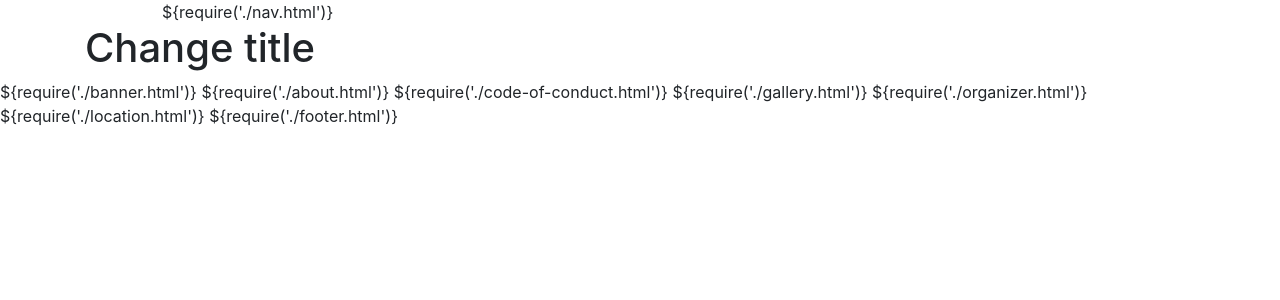
Repository: pyladiesbkk/pyladies-web
Page: src/index.html
An editor plug-in stored every save of this project. The page is shown before and after the next save, followed by the edit.
The browser window is 1280 px wide. The pictures show the whole page.
Some web libraries are served in a nearby version.

Above is the page before, as saved 2019-10-20 14:23:56.

### src/index.html
<!DOCTYPE html>
<html lang="en">
<head>
  <meta charset="UTF-8">
  <meta name="viewport" content="width=device-width, initial-scale=1.0">
  <meta http-equiv="X-UA-Compatible" content="ie=edge">
  <!-- <meta name="msapplication-config" content="/favicon.ico/browserconfig.xml"> -->
  <!-- <link rel="icon" href="/favicon.ico/favicon.ico"> -->
  <link rel="icon" type="image/png" href="/favicon.ico/favicon-16x16.png" sizes="16x16">
  <link rel="icon" type="image/png" href="/favicon.ico/favicon-32x32.png" sizes="32x32">
  <link rel="icon" type="image/png" href="/favicon.ico/favicon-96x96.png" sizes="96x96">
  <link rel="shortcut icon" type="image/png" rel="apple-touch-icon" sizes="57x57" href="/favicon.ico/apple-icon-57x57.png">
  <link rel="shortcut icon" type="image/png" rel="apple-touch-icon" sizes="60x60" href="/favicon.ico/apple-icon-60x60.png">
  <link rel="shortcut icon" type="image/png" rel="apple-touch-icon" sizes="72x72" href="/favicon.ico/apple-icon-72x72.png">
  <link rel="shortcut icon" type="image/png" rel="apple-touch-icon" sizes="76x76" href="/favicon.ico/apple-icon-76x76.png">
  <link rel="shortcut icon" type="image/png" rel="apple-touch-icon" sizes="114x114" href="/favicon.ico/apple-icon-114x114.png">
  <link rel="shortcut icon" type="image/png" rel="apple-touch-icon" sizes="120x120" href="/favicon.ico/apple-icon-120x120.png">
  <link rel="shortcut icon" type="image/png" rel="apple-touch-icon" sizes="144x144" href="/favicon.ico/apple-icon-144x144.png">
  <link rel="shortcut icon" type="image/png" rel="apple-touch-icon" sizes="152x152" href="/favicon.ico/apple-icon-152x152.png">
  <link rel="shortcut icon" type="image/png" rel="apple-touch-icon" sizes="180x180" href="/favicon.ico/apple-icon-180x180.png">
<!--   <link rel="manifest" href="/favicon.ico/manifest.json"> -->
  <link rel="stylesheet" href="https://maxcdn.bootstrapcdn.com/bootstrap/4.0.0/css/bootstrap.min.css" integrity="sha384-Gn5384xqQ1aoWXA+058RXPxPg6fy4IWvTNh0E263XmFcJlSAwiGgFAW/dAiS6JXm" crossorigin="anonymous">
  <!-- <link rel="shortcut icon" type="image/png" href="/favicon.ico/apple-icon-180x180.png" /> -->
  <title>Pyladies BKK</title>
</head>
<body>
  ${require('./nav.html')}
  <div class="container">
    <h1>Change title</h1>
  </div>
  ${require('./banner.html')}
  ${require('./about.html')}
  ${require('./code-of-conduct.html')}
  ${require('./gallery.html')}
  ${require('./organizer.html')}
  ${require('./location.html')}
  ${require('./footer.html')}
  <script src="https://code.jquery.com/jquery-3.2.1.slim.min.js" integrity="sha384-KJ3o2DKtIkvYIK3UENzmM7KCkRr/rE9/Qpg6aAZGJwFDMVNA/GpGFF93hXpG5KkN" crossorigin="anonymous"></script>
  <script src="https://cdnjs.cloudflare.com/ajax/libs/popper.js/1.12.9/umd/popper.min.js" integrity="sha384-ApNbgh9B+Y1QKtv3Rn7W3mgPxhU9K/ScQsAP7hUibX39j7fakFPskvXusvfa0b4Q" crossorigin="anonymous"></script>
  <script src="https://maxcdn.bootstrapcdn.com/bootstrap/4.0.0/js/bootstrap.min.js" integrity="sha384-JZR6Spejh4U02d8jOt6vLEHfe/JQGiRRSQQxSfFWpi1MquVdAyjUar5+76PVCmYl" crossorigin="anonymous"></script>
</body>
</html>

After the next save:
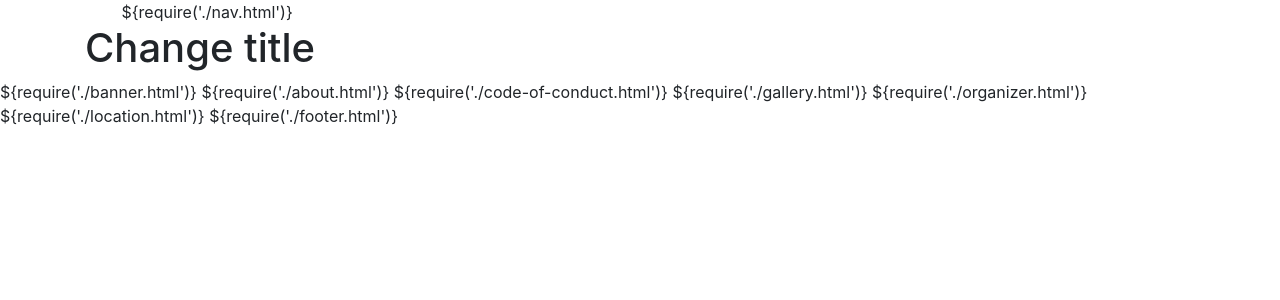
Saved 14 s later.
--- a/src/index.html
+++ b/src/index.html
@@ -6,9 +6,9 @@
   <meta http-equiv="X-UA-Compatible" content="ie=edge">
   <!-- <meta name="msapplication-config" content="/favicon.ico/browserconfig.xml"> -->
   <!-- <link rel="icon" href="/favicon.ico/favicon.ico"> -->
-  <link rel="icon" type="image/png" href="/favicon.ico/favicon-16x16.png" sizes="16x16">
+<!--   <link rel="icon" type="image/png" href="/favicon.ico/favicon-16x16.png" sizes="16x16">
   <link rel="icon" type="image/png" href="/favicon.ico/favicon-32x32.png" sizes="32x32">
-  <link rel="icon" type="image/png" href="/favicon.ico/favicon-96x96.png" sizes="96x96">
+  <link rel="icon" type="image/png" href="/favicon.ico/favicon-96x96.png" sizes="96x96"> -->
   <link rel="shortcut icon" type="image/png" rel="apple-touch-icon" sizes="57x57" href="/favicon.ico/apple-icon-57x57.png">
   <link rel="shortcut icon" type="image/png" rel="apple-touch-icon" sizes="60x60" href="/favicon.ico/apple-icon-60x60.png">
   <link rel="shortcut icon" type="image/png" rel="apple-touch-icon" sizes="72x72" href="/favicon.ico/apple-icon-72x72.png">
